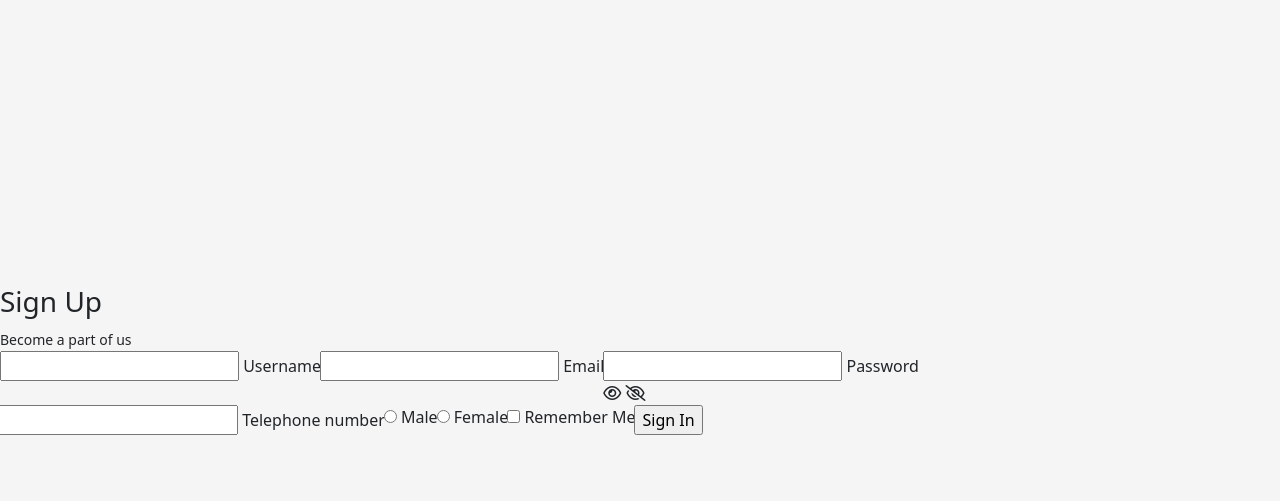
Repository: MauDucKG/BigFarm
Page: http://localhost/BigFarm/views/main/register/index.php
An editor plug-in stored every save of this project. The page is shown before and after the next save, followed by the edit.
The browser window is 1280 px wide. The pictures show the whole page.
Some web libraries are served in a nearby version. The page is run by PHP 8.4 with error messages shown; the project is at /var/www/html/.

Above is the page before, as saved 2023-04-26 18:19:51.

### views/main/register/index.php
<!DOCTYPE html>
<html lang="en">

<head>
	<meta charset="utf-8">
	<meta name="viewport" content="width=device-width, initial-scale=1">
	<title>Register</title>
	<link href="https://cdn.jsdelivr.net/npm/bootstrap@5.2.2/dist/css/bootstrap.min.css" rel="stylesheet" integrity="sha384-Zenh87qX5JnK2Jl0vWa8Ck2rdkQ2Bzep5IDxbcnCeuOxjzrPF/et3URy9Bv1WTRi" crossorigin="anonymous">
	<link rel="stylesheet" href="assets/stylesheets/register.css">
    <script src="https://kit.fontawesome.com/4ccf3877a2.js" crossorigin="anonymous"></script>
</head>

<body>
    <div class="register-box" id="regUser">
        <div class="top-header">
            <h3>Sign Up</h3>
            <small>Become a part of us</small>
        </div>
        <div class="input-group">
            <div class="input-field">
                <input type="text" class="input-box" id="regUser" required>
                <label for="regUser">Username</label>
            </div>
            <div class="input-field">
                <input type="text" class="input-box" id="regUser" required>
                <label for="regUser">Email</label>
            </div>
            <div class="input-field">
                <input type="password" class="input-box" id="regPassword" required>
                <label for="regPassword">Password</label>
                 <div class="eye-area">
                        <div class="eye-box" onclick="myRegPassword()">
                            <i class="fa-regular fa-eye" id="eye-2"></i>
                            <i class="fa-regular fa-eye-slash" id="eye-slash-2"></i>
                        </div>
                 </div>
            </div>
            <div class="input-field">
                <input type="text" class="input-box" id="regUser" required>
                <label for="regUser">Telephone number</label>
            </div>
            <div class="input-field">
                <input type="radio" class="input-box" id="regUser" required>
                <label for="regUser">Male</label>
            </div>
            <div class="input-field">
                <input type="radio" class="input-box" id="regUser" required>
                <label for="regUser">Female</label>
            </div>
            <div class="remember">
                <input type="checkbox" id="formCheck-2" class="check">
                <label for="formCheck-2"> Remember Me</label>
            </div>
            <div class="input-field">
                <input type="submit" class="input-submit" value="Sign In">
            </div>
        </div>
    </div>
</body>

</html>

### assets/stylesheets/register.css
html,
body {
  height: 100%;
}

body {
  display: flex;
  align-items: center;
  padding-top: 40px;
  padding-bottom: 40px;
  background-color: #f5f5f5;
}

.form-signin {
  max-width: 500px;
  padding: 15px;
}

.form-signin .form-floating:focus-within {
  z-index: 2;
}

After the next save:
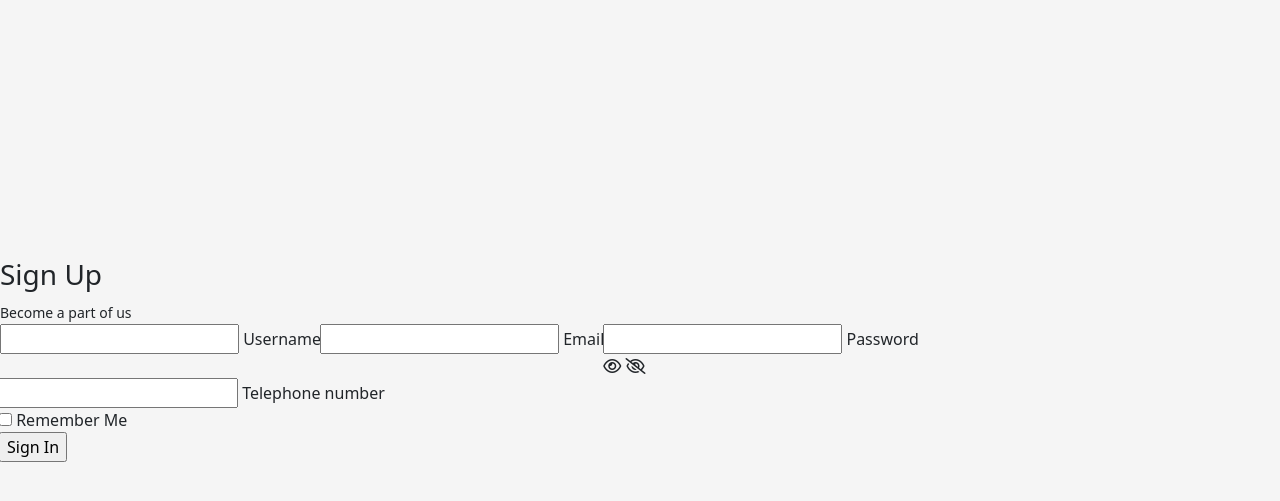
Saved 5 s later.
--- a/views/main/register/index.php
+++ b/views/main/register/index.php
@@ -38,7 +38,7 @@
             <div class="input-field">
                 <input type="text" class="input-box" id="regUser" required>
                 <label for="regUser">Telephone number</label>
-            </div>
+            <!-- </div>
             <div class="input-field">
                 <input type="radio" class="input-box" id="regUser" required>
                 <label for="regUser">Male</label>
@@ -46,7 +46,7 @@
             <div class="input-field">
                 <input type="radio" class="input-box" id="regUser" required>
                 <label for="regUser">Female</label>
-            </div>
+            </div> -->
             <div class="remember">
                 <input type="checkbox" id="formCheck-2" class="check">
                 <label for="formCheck-2"> Remember Me</label>
